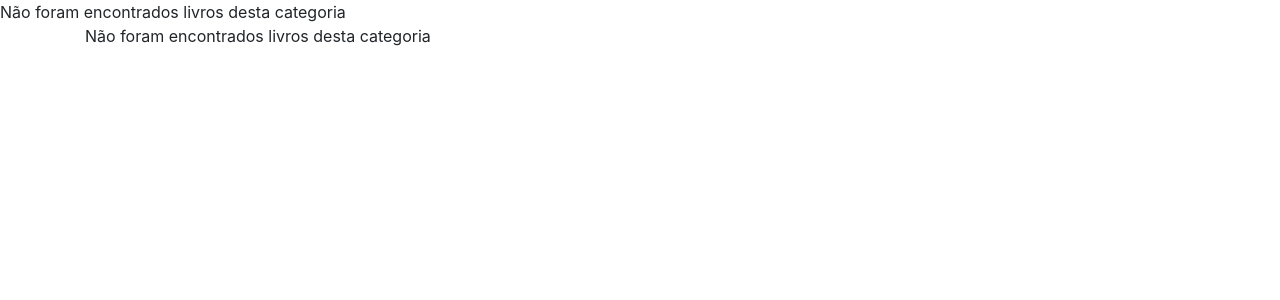
Repository: SrtaVerdant/projeto-livraria
Page: http://localhost/ProjetoLivraria/consultaLivroPorCategoria.jsp
An editor plug-in stored every save of this project. The page is shown before and after the next save, followed by the edit.
The browser window is 1280 px wide. The pictures show the whole page.
Some web libraries are served in a nearby version. The page is served by Tomcat 9. Other server files are loaded and not shown. Queries for data that is not in the repository find no rows.

Above is the page before, as saved 2022-10-29 23:47:42.

### ProjetoLivraria/src/main/webapp/consultaLivroPorCategoria.jsp
<%@page import="com.livraria.dao.CategoriaDao"%>
<%@page import="com.livraria.bean.Categoria"%>
<%@page import="java.util.List"%>
<%@ page language="java" contentType="text/html; charset=ISO-8859-1"
    pageEncoding="UTF-8"%>
<!DOCTYPE html>
<html>
	<head>
		<meta charset="UTF-8">
		<title>Consultar livro por categoria</title>
		<link rel="stylesheet" href="https://cdn.jsdelivr.net/npm/bootstrap@4.0.0/dist/css/bootstrap.min.css" integrity="sha384-Gn5384xqQ1aoWXA+058RXPxPg6fy4IWvTNh0E263XmFcJlSAwiGgFAW/dAiS6JXm" crossorigin="anonymous">
		<script src="https://code.jquery.com/jquery-3.2.1.slim.min.js" integrity="sha384-KJ3o2DKtIkvYIK3UENzmM7KCkRr/rE9/Qpg6aAZGJwFDMVNA/GpGFF93hXpG5KkN" crossorigin="anonymous"></script>
		<script src="https://cdn.jsdelivr.net/npm/popper.js@1.12.9/dist/umd/popper.min.js" integrity="sha384-ApNbgh9B+Y1QKtv3Rn7W3mgPxhU9K/ScQsAP7hUibX39j7fakFPskvXusvfa0b4Q" crossorigin="anonymous"></script>
		<script src="https://cdn.jsdelivr.net/npm/bootstrap@4.0.0/dist/js/bootstrap.min.js" integrity="sha384-JZR6Spejh4U02d8jOt6vLEHfe/JQGiRRSQQxSfFWpi1MquVdAyjUar5+76PVCmYl" crossorigin="anonymous"></script>
	</head>
	<body>

		<%@page import="com.livraria.bean.*, com.livraria.dao.*" %>
		<%@ taglib uri="http://java.sun.com/jsp/jstl/core" prefix="c" %>

		<%
			String categoria = request.getParameter("categoria");
			List<Livro> livro = LivroDao.getLivroPorCategoria(categoria);
			request.setAttribute("livro", livro);

		%>

		<%
			if(livro.isEmpty()){
				out.println("Não foram encontrados livros desta categoria");
			}
		%>

		<div class="container">
			<%
				if(livro.isEmpty()){
					out.println("Não foram encontrados livros desta categoria");
				}else{
			%>
			<table>
				<tr>
					<th>ID</th>
					<th>Titulo</th>
					<th>Autor</th>
					<th>Categoria</th>
					<th>Preço</th>
					<th>Editar</th>
					<th>Excluir</th>
				</tr>



				<c:forEach items="${livro}" var="livro">
					<tr>
						<td>${livro.getCodlivro()}</td>
						<td>${livro.getTitulo()}</td>
						<td>${livro.getAutor()}</td>
						<td>${livro.getCategoria()}</td>
						<td>${livro.getPreco()}</td>
						<td> <a href="editar.jsp?codlivro=${livro.getCodlivro()}">Editar</a> </td>
						<td> <a href="">Excluir</a> </td>
					</tr>
				</c:forEach>
			</table>

			<% } %>
		</div>


	</body>

</html>

### ProjetoLivraria/src/main/java/com/livraria/dao/LivroDao.java
package com.livraria.dao;

import java.sql.Connection;
import java.sql.DriverManager;
import java.sql.PreparedStatement;
import java.sql.ResultSet;
import java.sql.SQLException;
import java.util.ArrayList;
import java.util.List;

import com.livraria.bean.Livro;

public class LivroDao {
	public static Connection getConnection() {
		Connection connection = null;

		try {
			Class.forName("com.mysql.cj.jdbc.Driver");
			connection = DriverManager.getConnection("jdbc:mysql://localhost/bdlivraria", "root", "root");
		}catch (Exception e) {
			System.out.println(e);
		}
		return connection;
	}


	public static List<Livro> listar() {
		List<Livro> list = new ArrayList<Livro>();

		try {
			Connection connection = getConnection();
			PreparedStatement ps = connection.prepareStatement("SELECT * FROM tblivros");
			ResultSet rs = ps.executeQuery();

			while(rs.next()) {
				Livro livro = new Livro();
				livro.setCodlivro(rs.getInt("codlivro"));
				livro.setTitulo(rs.getString("titulo"));
				livro.setAutor(rs.getString("autor"));
				livro.setCategoria(rs.getString("categoria"));;
				livro.setPreco(rs.getFloat("valor"));
				list.add(livro);
			}
		}catch (Exception e) {
			System.out.println(e);
		}

		return list;
	}

	public static Livro getPorId(int codlivro) {
		Livro livro = null;

		try {
			Connection connection = getConnection();
			PreparedStatement ps =  connection.prepareStatement("SELECT * FROM tblivros WHERE codlivro=?");
			ps.setInt(1, codlivro);
			ResultSet rs = ps.executeQuery();

			while (rs.next()) {
				livro = new Livro();
				livro.setCodlivro(rs.getInt("codlivro"));
				livro.setTitulo(rs.getString("titulo"));
				livro.setAutor(rs.getString("autor"));
				livro.setCategoria(rs.getString("categoria"));
				livro.setPreco(rs.getFloat("valor"));

			}
		}catch (Exception e) {
			System.out.println(e);
		}

		return livro;
	}

	public void alterar(Livro livro) {
		try {
			Connection connection = getConnection();
			PreparedStatement ps = connection.prepareStatement("UPDATE tblivros SET titulo=?, autor=?, categoria=?, valor=? WHERE codlivro=?");

			ps.setString(1, livro.getTitulo());
			ps.setString(2, livro.getAutor());
			ps.setString(3, livro.getCategoria());
			ps.setFloat(4, livro.getPreco());
			ps.setInt(5, livro.getCodlivro());
			ps.execute();
			ps.close();

		}catch (SQLException e) {
			throw new RuntimeException(e);

		}

	}

	public static List<Livro> getLivroPorCategoria(String categoria) {
		List<Livro> list = new ArrayList<Livro>();

		System.out.println(categoria);

		try {
			Connection connection = getConnection();
			PreparedStatement ps =  connection.prepareStatement("SELECT * FROM tblivros WHERE categoria=?");
			ps.setString(1, categoria);
			ResultSet rs = ps.executeQuery();

			while (rs.next()) {
				Livro livro = new Livro();
				livro.setCodlivro(rs.getInt("codlivro"));
				livro.setTitulo(rs.getString("titulo"));
				livro.setAutor(rs.getString("autor"));
				livro.setCategoria(rs.getString("categoria"));
				livro.setPreco(rs.getFloat("valor"));
				list.add(livro);
			}
		}catch (Exception e) {
			System.out.println(e);
		}

		return list;
	}





}

After the next save:
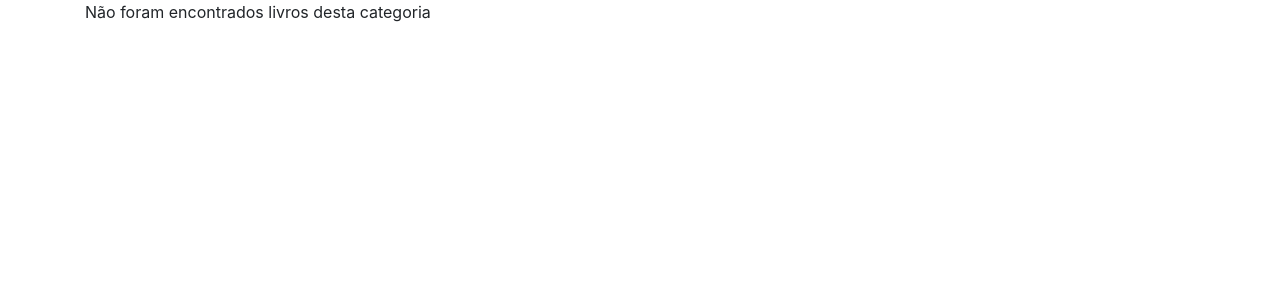
Saved 13 s later.
--- a/ProjetoLivraria/src/main/webapp/consultaLivroPorCategoria.jsp
+++ b/ProjetoLivraria/src/main/webapp/consultaLivroPorCategoria.jsp
@@ -23,12 +23,6 @@
 			List<Livro> livro = LivroDao.getLivroPorCategoria(categoria);
 			request.setAttribute("livro", livro);
 
-		%>
-
-		<%
-			if(livro.isEmpty()){
-				out.println("Não foram encontrados livros desta categoria");
-			}
 		%>
 
 		<div class="container">
